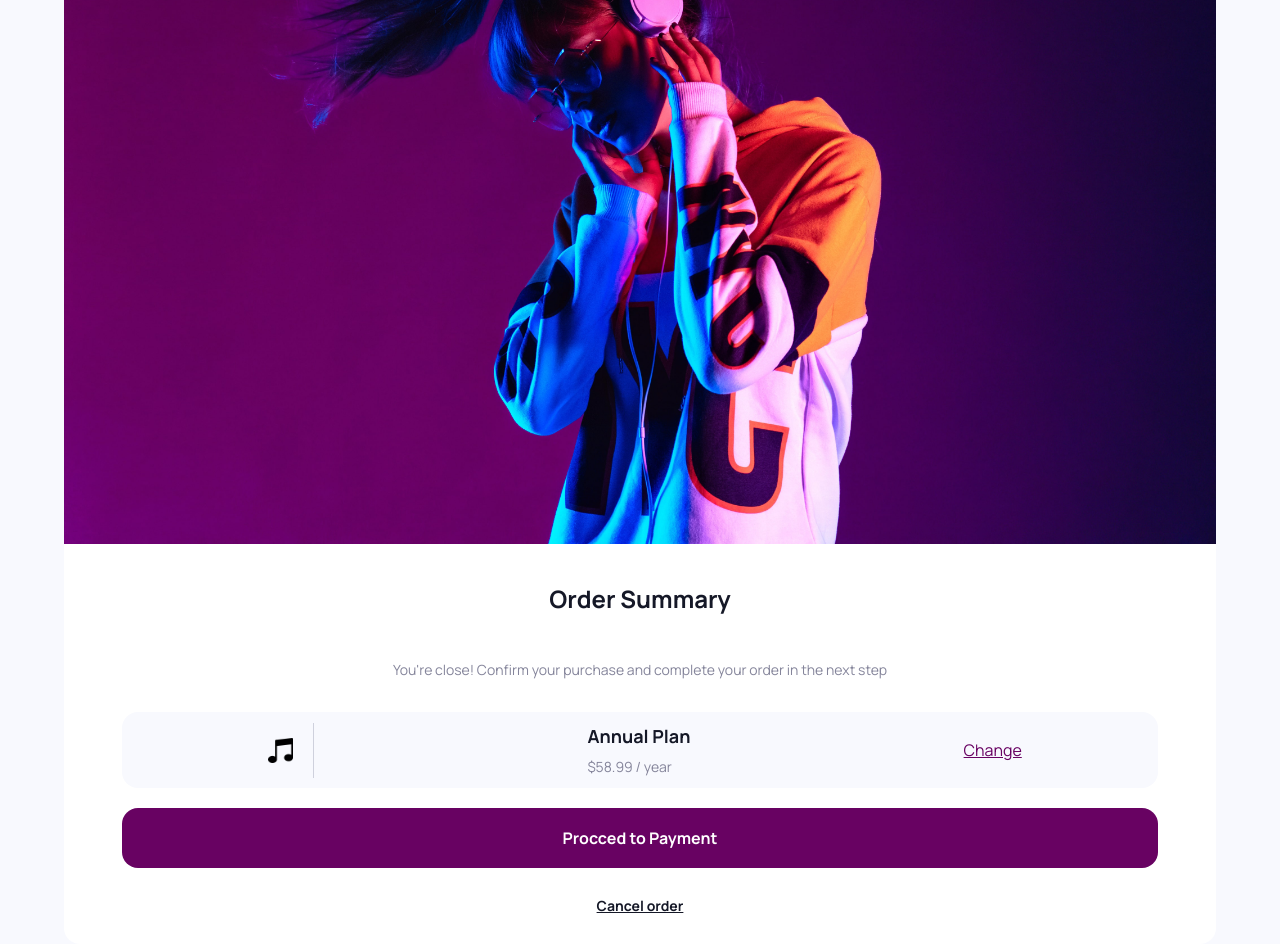
Repository: ssynowiec/INVO-Academy-solution
Page: /
The author's editor kept a copy of each file at every save. The page is drawn from the files as they stood at one save, then again after a run of saves.
The browser window is 1280 px wide. The pictures show the whole page.
The project was rebuilt for these pictures with package versions that can differ from the ones it lists, and the page was loaded fresh each time.

Above is the page before, as saved 2023-03-04 20:26:44.

### index.html
<!DOCTYPE html>
<html lang="en">

<head>
  <meta charset="UTF-8" />
  <link rel="icon" type="image/svg+xml" href="/vite.svg" />
  <meta name="viewport" content="width=device-width, initial-scale=1.0" />
  <title>INVO Academy JS Starter with Vite</title>
</head>

<!-- In order to start your challenge, remove all the content inside <div id="home-page"></div> and start coding :) -->

<body>
  <div id="home-page" class="container">
    <section class="order">
      <img src="/images/girl.jpeg" alt="" class="order-image">
      <h1 class="order-title">Order Summary</h1>
      <p class="order-description">You're close! Confirm your purchase and complete your order in the next step</p>
      <div class="order-summary">
        <img src="/images/music.png" alt="" class="order-icon">
        <div class="product">
          <h2 class="product-name">Annual Plan</h2>
          <p class="product-price">$58.99 / year</p>
        </div>
        <a href="#" class="product-link">Change</a>
      </div>
      <button class="order-button">Procced to Payment</button>
      <a href="#" class="order-link">Cancel order</a>
    </section>
  </div>

  <script type="module" src="/src/global-scripts/main.js"></script>
  <script type="module" src="/src/pages/home-page/scripts/home-page.js"></script>
</body>

</html>

### src/pages/home-page/scripts/home-page.js
/// Homepage JavaScript File
/// Here we import all the JavaScript files we need for our homepage.

import '../styles/home-page.scss';

### src/global-styles/style.scss
/// Main Styles File
/// Here we import all the global Styles files we need for our project.

@import 'styles/normalize.scss';
@import 'styles/root.scss';
@import 'styles/fonts.scss';

body {
	font-family: 'Manrope', sans-serif;
	color: var(--color-primary);
	background-color: var(--color-background);
	display: flex;
	justify-content: center;
	align-items: center;
	height: 100vh;
}

p {
	color: var(--color-on-surface);
}

### src/pages/home-page/styles/home-page.scss
/// Homepage Styles File
/// Here we import all the Styles files we need for our Homepage.

.container {
	display: flex;
	justify-content: center;
	align-items: center;
}

.order {
	display: flex;
	flex-direction: column;
	justify-content: between;
	align-items: center;
	width: 90%;
	border-radius: 16px;
	overflow: hidden;
	background-color: var(--color-white);

	&-image {
		width: 100%;
		height: 20%;
		object-fit: cover;
	}

	&-title {
		font-weight: bold;
		padding-top: 25px;
		font-size: 24px;
		color: var(--color-title);
	}

	&-description {
		font-size: 14px;
		padding: 20px;
		color: var(--color-body);
		text-align: center;
	}

	&-summary {
		display: flex;
		justify-content: space-around;
		align-items: center;
		width: 90%;
		border-radius: 16px;
		margin-bottom: 20px;
		background-color: var(--color-background);
	}

	&-icon {
		width: 25px;
		height: 25px;
		padding: 15px 20px 15px 10px;
		border-right: 1px solid var(--color-stroke);
	}

	&-button {
		width: 90%;
		height: 60px;
		padding: 10px;
		border-radius: 16px;
		font-weight: bold;
		font-size: 16px;
		line-height: 160%;
		letter-spacing: -1%;
		border: none;
		background-color: var(--color-primary);
		color: var(--color-white);
		cursor: pointer;

		&:hover {
			background-color: var(--color-primary-hover);
		}
	}

	&-link {
		letter-spacing: -1%;
		padding: 30px 0;
		font-size: 14px;
		font-weight: bold;
		color: var(--color-title);
	}
}

.product {
	color: var(--color-title);

	&-name {
		font-size: 18px;
		line-height: 18px;
		font-weight: bold;
	}

	&-price {
		font-weight: medium;
		font-size: 14px;
		line-height: 14px;
		color: var(--color-body);
	}

	&-link {
		color: var(--color-primary);
		font-size: 16px;
		line-height: 160%;
	}
}

@media screen {

}

### src/global-styles/styles/root.scss
/// Root Styles file
/// Here we define all the root variables we need for our project.
/// For examples see Material Design color system: https://m2.material.io/design/color/the-color-system.html

:root {
	--color-primary: #680262;
	--color-primary-hover: #490245;
	--color-background: #f8f9fe;
	--color-title: #151827;
	--color-body: #85859b;
	--color-stroke: #cfd1dd;
	--color-white: #ffffff;
}

### src/global-styles/styles/fonts.scss
/// Main Fonts File
/// Here we import all the fonts files we need for our project.

@import url('https://fonts.googleapis.com/css2?family=Manrope:wght@200;300;400;500;600;700;800&display=swap');

Loaded but not shown: src/global-scripts/main.js (common file); src/global-styles/styles/normalize.scss (common file)

After the next 2 saves:
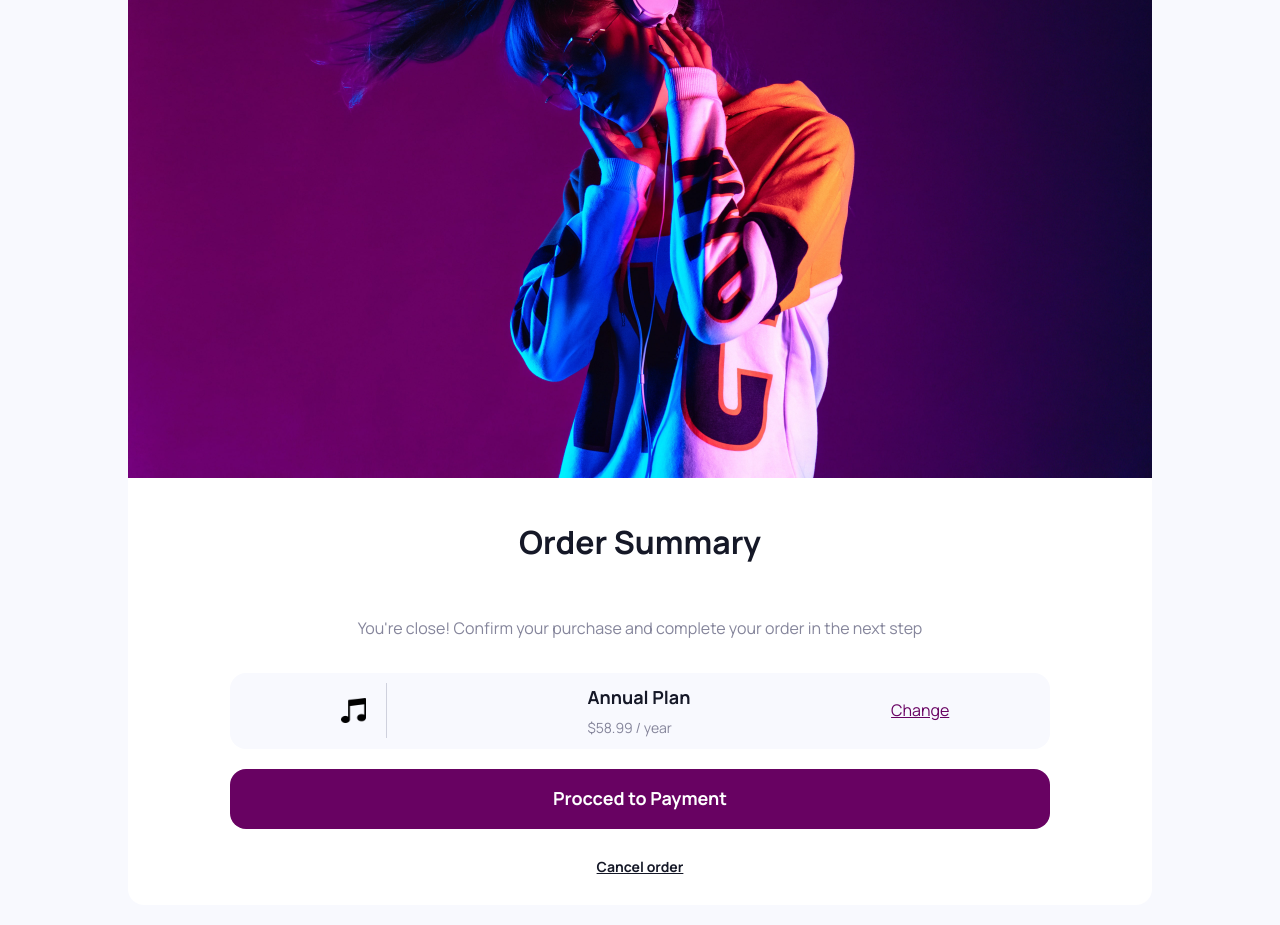
The 2 saves are shown as one change because 1 did not build or start.
The last was saved 10 s later.
--- a/src/pages/home-page/styles/home-page.scss
+++ b/src/pages/home-page/styles/home-page.scss
@@ -105,6 +105,35 @@
 	}
 }
 
-@media screen {
+@media screen and (min-width: 768px) {
+	.container {
+		flex-direction: column;
+	}
 
+	.order {
+		width: 80%;
+		margin-bottom: 20px;
+	}
+
+	.order-image {
+		height: 40%;
+	}
+
+	.order-title {
+		font-size: 32px;
+	}
+
+	.order-description {
+		font-size: 16px;
+	}
+
+	.order-summary {
+		width: 80%;
+	}
+
+	.order-button {
+		width: 80%;
+		height: 60px;
+		font-size: 18px;
+	}
 }

After the save that followed:
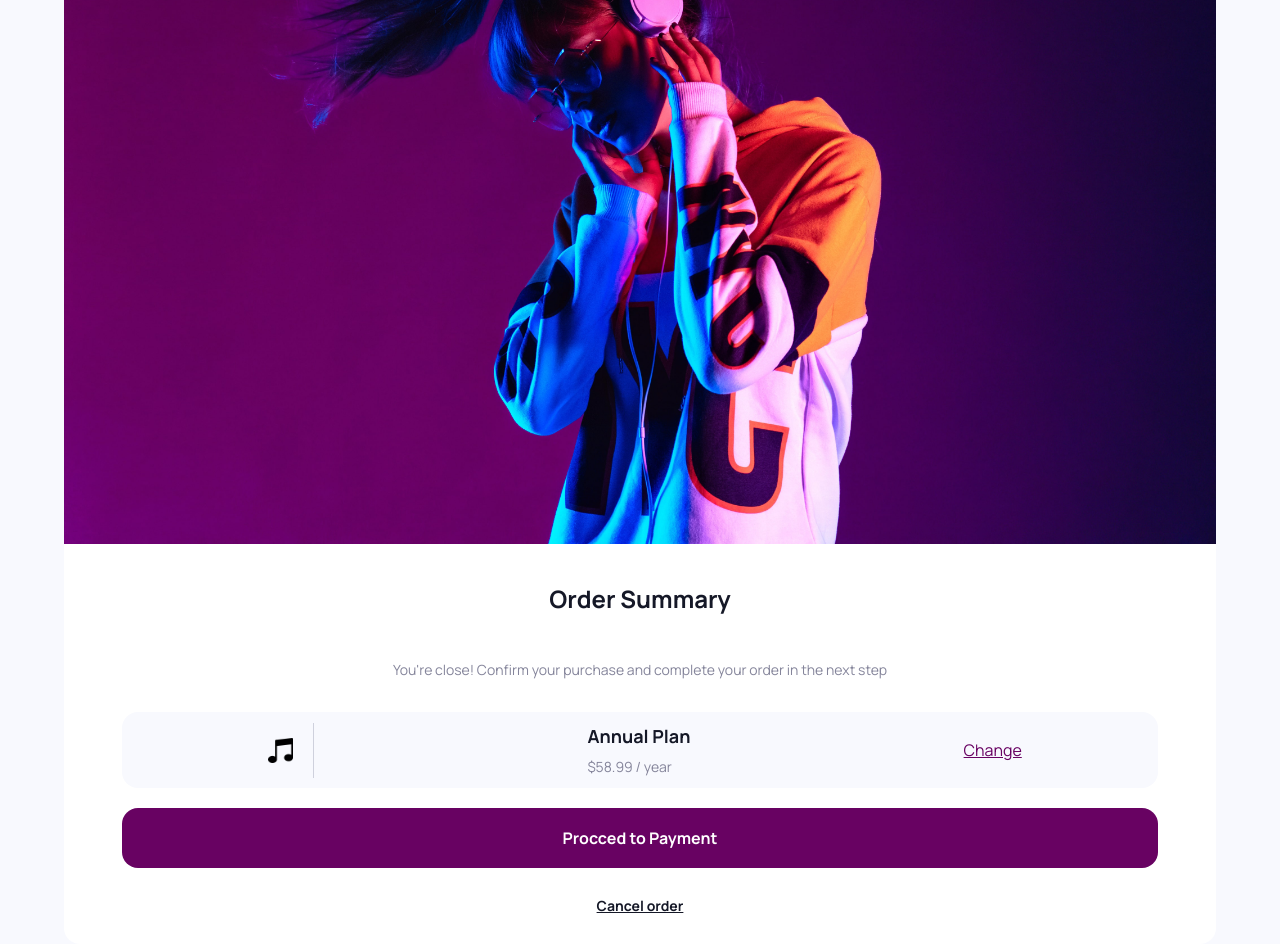
Saved 15 s later.
--- a/src/pages/home-page/styles/home-page.scss
+++ b/src/pages/home-page/styles/home-page.scss
@@ -106,34 +106,5 @@
 }
 
 @media screen and (min-width: 768px) {
-	.container {
-		flex-direction: column;
-	}
 
-	.order {
-		width: 80%;
-		margin-bottom: 20px;
-	}
-
-	.order-image {
-		height: 40%;
-	}
-
-	.order-title {
-		font-size: 32px;
-	}
-
-	.order-description {
-		font-size: 16px;
-	}
-
-	.order-summary {
-		width: 80%;
-	}
-
-	.order-button {
-		width: 80%;
-		height: 60px;
-		font-size: 18px;
-	}
 }
